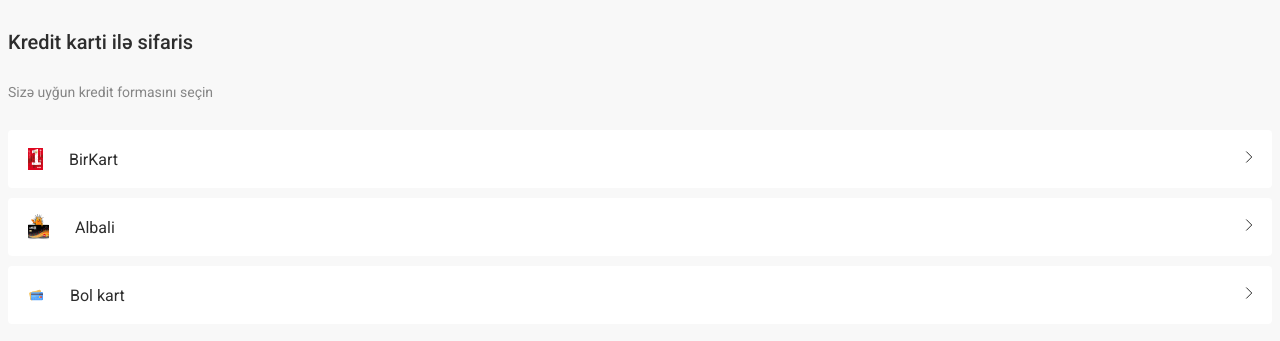
Repository: lmira7777/Carts
Page: Caravan/index.html
An editor plug-in stored every save of this project. The page is shown before and after the next save, followed by the edit.
The browser window is 1280 px wide. The pictures show the whole page.

Above is the page before, as saved 2024-04-25 22:32:51.

### Caravan/index.html
<!DOCTYPE html>
<html lang="en">
  <head>
    <meta charset="UTF-8" />
    <meta name="viewport" content="width=device-width, initial-scale=1.0" />
    <title>Document</title>
    <link rel="stylesheet" href="./style.css" />
  </head>
  <body>
    <div class="carts-body">
      <div class="title">Kredit karti ilə sifaris</div>
      <div class="description">Sizə uyğun kredit formasını seçin</div>
      <div class="carts"></div>
    </div>

    <div class="cart-detail"></div>

    <script src="./app.js"></script>
  </body>
</html>

### Caravan/style.css
@import url("https://fonts.googleapis.com/css2?family=Roboto:ital,wght@0,100;0,300;0,400;0,500;0,700;0,900;1,100;1,300;1,400;1,500;1,700;1,900&display=swap");
* {
  margin: 0;
  padding: 0;
  box-sizing: border-box;
  font-family: "Roboto", sans-serif;
}

body {
  background: #f8f8f8;
}
.carts-body {
  width: 100%;
  height: 100vh;
  display: flex;
  flex-direction: column;
  gap: 30px;
  padding: 30px 8px;
}
.title {
  color: #2d2d2d;
  font-size: 20px;
  font-weight: 500;
}
.description {
  color: #868686;
  font-size: 14px;
}
.carts {
  width: 100%;
  display: flex;
  flex-direction: column;
  gap: 10px;
  height: 600px;
  overflow-y: scroll;
}
.cart-item {
  width: 100%;

  flex-shrink: 0;

  height: 58px !important;
  display: flex;
  align-items: center;
  justify-content: space-between;
  background-color: #fff;
  border-radius: 4px;
  padding: 0 12px 0 20px;
}

.cart-item-left {
  display: flex;
  align-items: center;
  gap: 26px;
}

.cart-item-left > span {
  color: #2d2d2d;
  font-size: 16px;
}
.cart-detail {
  padding: 30px 8px;
  width: 100%;
  display: none;
  flex-direction: column;
  gap: 20px;
  position: absolute;
  top: 0;
  left: 0;
  height: 100vh;
  background: #f8f8f8;
  transition: 0.5s all ease-in-out;
  /* display: none; */
  animation: slideIn 0.5s forwards;
}
.header {
  width: 100%;
  display: flex;
  align-items: center;
  justify-content: space-between;
}

.cart-info {
  width: 100%;
  height: 51px;
  border-radius: 4px;
  background: #fff;
  padding: 0 15px;
  display: flex;
  align-items: center;
  gap: 10px;
}
.cart-info > img:first-of-type {
  margin-right: 10px;
}

.cart-info > span {
  color: #2d2d2d;
  font-size: 16px;
}

.cart-detail > .description {
  margin-top: 10px;
}

.month-list{
    width: 100%;
    display: flex;
    flex-direction: column;
    gap: 10px;
}
.month-list label{
    width: 100%;
    height: 51px;
    border-radius: 4px;
    background: #FFF;
    display: flex;
    align-items: center;
    padding: 0 15px;
    gap: 18px;


}
.month-list-item{
    width: 100%;
    height: 51px;
    position: relative;

}

.month-list-item input{
    display: none;



}

.dot{
    width: 14px;
    height: 14px;
    border-radius: 50%;
    background: #6DC360;
    display: none;



}
.month-list-item input:checked + label{
    background: #6DC360;
    color: #FFF;

}
.month-list-item input:checked + label >.circle{
    border: 1px solid transparent;
    background: #fff;
}
.month-list-item input:checked + label >.circle >.dot{
    display: flex;
}




.circle{
    width: 24px;
    height: 24px;
    border: 1px solid  #A4A4A4;
    border-radius: 50%;
    display: flex;
    justify-content: center;
    align-items: center;

}



@keyframes slideIn {
  0% {
    transform: translateX(-100%);
  }
  100% {
    transform: translateX(0);
  }
}

### Caravan/app.js
var carts = document.querySelector(".carts");
var cartDetail = document.querySelector(".cart-detail");
var cart = [
  {
    cartImg: "./img/birkart.png",
    cartName: "BirKart",
    month: [
      {
        month: 3,
        price: 300,
      },
      {
        month: 6,
        price: 200,
      },
    ],
  },
  {
    cartImg: "./img/albali.png",
    cartName: "Albali",
    month: [
      {
        month: 3,
        price: 300,
      },
      {
        month: 6,
        price: 200,
      },
      {
        month: 9,
        price: 150,
      },
    ],
  },
  {
    cartImg: "",
    cartName: "Bol kart",
    month: [
      {
        month: 3,
        price: 300,
      },
      {
        month: 6,
        price: 200,
      },
      {
        month: 9,
        price: 150,
      },
      {
        month: 12,
        price: 100,
      },
    ],
  },
];

let noImgUrl = "./img/noImg.png";

cart.forEach((cartElement, index) => {
  carts.innerHTML += `
    <div class="cart-item" onClick="showCartDetails(${index})">
      <div class="cart-item-left">
        <img src="${cartElement.cartImg ? cartElement.cartImg : noImgUrl}" />
        <span>${cartElement.cartName}</span>
      </div>
      <div class="cart-item-right">
        <img src="./img/arrow.svg"/>
      </div>
    </div>
    `;
});

function showCartDetails(index) {
  cartDetail.innerHTML = `<div class="header">
    <span>Kredit karti ilə sifaris</span>
    <img src="./img/close.svg" onClick = "closeCartDetails()" />
  </div>

  <div class="cart-info">
    <img src="./img/back.svg" onClick="closeCartDetails()" />
    <img src="${cart[index].cartImg ? cart[index].cartImg : noImgUrl}" />
    <span>${cart[index].cartName}</span>
  </div>

  <div class="description">Sizə uyğun kredit şərtini seçin</div>

  <div class="month-list">
${cart[index].month.map(
  (monthElement) =>
    `<div class="month-list-item">
<input type="radio" id="${monthElement.month}month"  name="month"/>
<label for="${monthElement.month}month">
  <div class="circle">
      <div class="dot"></div>
  </div>
  <strong>${monthElement.month} ay</strong> / ayda ${monthElement.price} azn
  </label>
</div>
`
)}

  </div>



    `;
  cartDetail.style.display = "flex";
  cartDetail.style.left = "0%";
}

function closeCartDetails() {
  cartDetail.style.left = "-100%";

  setTimeout(() => {
    cartDetail.style.display = "none";
  }, 500);
}

### Caravan/img/arrow.svg
<svg xmlns="http://www.w3.org/2000/svg" width="22" height="22" viewBox="0 0 22 22" fill="none">
<path d="M8.25 5.5L13.75 11L8.25 16.5" stroke="#2D2D2D"/>
</svg>

After the next save:
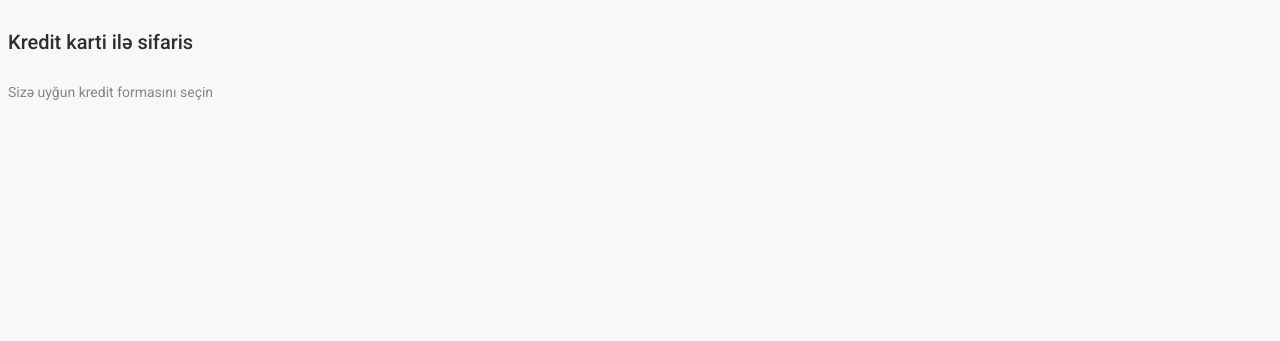
Console error: SyntaxError: Unexpected token 'return'
Saved 12 s later.
--- a/Caravan/app.js
+++ b/Caravan/app.js
@@ -89,17 +89,17 @@
 
   <div class="month-list">
 ${cart[index].month.map(
-  (monthElement) =>
-    `<div class="month-list-item">
-<input type="radio" id="${monthElement.month}month"  name="month"/>
-<label for="${monthElement.month}month">
-  <div class="circle">
-      <div class="dot"></div>
+  (monthElement) =>return `<div class="month-list-item">
+  <input type="radio" id="${monthElement.month}month"  name="month"/>
+  <label for="${monthElement.month}month">
+    <div class="circle">
+        <div class="dot"></div>
+    </div>
+    <strong>${monthElement.month} ay</strong> / ayda ${monthElement.price} azn
+    </label>
   </div>
-  <strong>${monthElement.month} ay</strong> / ayda ${monthElement.price} azn
-  </label>
-</div>
-`
+  `
+
 )}
 
   </div>

After the save that followed:
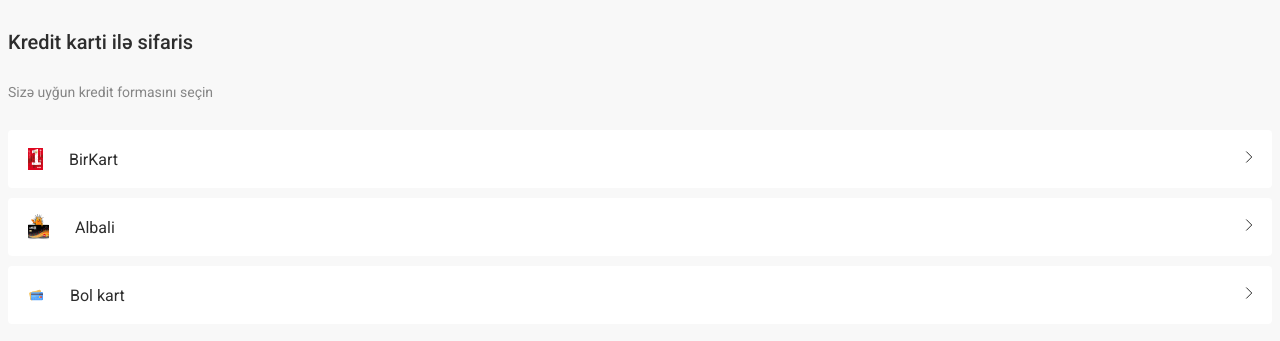
The error is gone.
Saved 6 s later.
--- a/Caravan/app.js
+++ b/Caravan/app.js
@@ -89,7 +89,7 @@
 
   <div class="month-list">
 ${cart[index].month.map(
-  (monthElement) =>return `<div class="month-list-item">
+  (monthElement) =>{return `<div class="month-list-item">
   <input type="radio" id="${monthElement.month}month"  name="month"/>
   <label for="${monthElement.month}month">
     <div class="circle">
@@ -98,7 +98,7 @@
     <strong>${monthElement.month} ay</strong> / ayda ${monthElement.price} azn
     </label>
   </div>
-  `
+  `}
 
 )}
 
